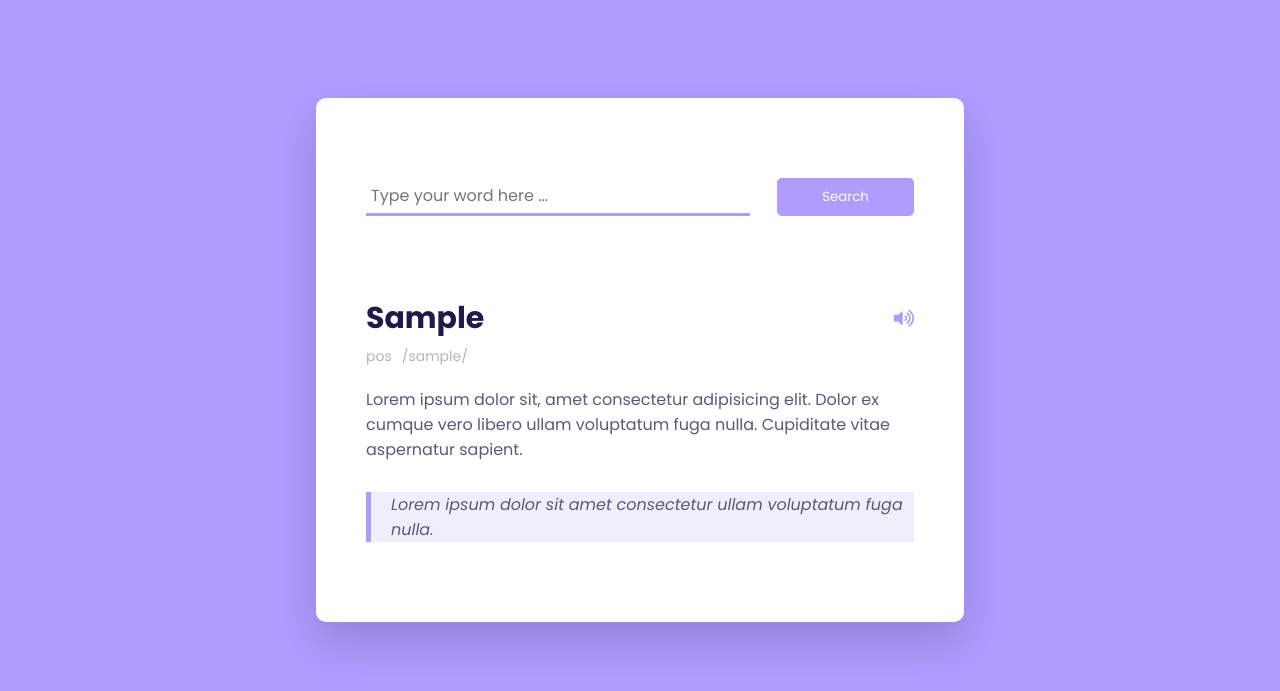
Repository: MohamedMostafaTaha/Translation_app
Page: index.html
The author's editor kept a copy of each file at every save. The page is drawn from the files as they stood at one save, then again after the next save.
The browser window is 1280 px wide. The pictures show the whole page.

Above is the page before, as saved 2023-09-16 18:46:15.

### index.html
<!DOCTYPE html>
<html lang="en">
  <head>
    <meta charset="UTF-8" />
    <meta name="viewport" content="width=device-width, initial-scale=1.0" />
    <title>Document</title>
    <link
      rel="stylesheet"
      href="https://cdnjs.cloudflare.com/ajax/libs/font-awesome/5.15.4/css/all.min.css"
    />
    <link rel="preconnect" href="https://fonts.googleapis.com" />
    <link rel="preconnect" href="https://fonts.gstatic.com" crossorigin />
    <link
      href="https://fonts.googleapis.com/css2?family=Poppins:ital,wght@0,100;0,200;0,300;0,400;0,500;0,600;0,700;0,800;0,900;1,100;1,200;1,300;1,400;1,500;1,600;1,700;1,800;1,900&display=swap"
      rel="stylesheet"
    />
    <link rel="stylesheet" href="style.css" />
  </head>
  <body>
    <audio id="sound"></audio>
    <div class="container">
      <div class="search-box">
        <input
          type="text"
          placeholder="Type your word here ..."
          id="inp-word"
        />
        <button id="search-btn">Search</button>
      </div>

      <div class="result" id="result">
        <div class="word">
          <h3>Sample</h3>
          <button>
            <i class="fas fa-volume-up"></i>
          </button>
        </div>

        <div class="details">
          <p>pos</p>
          <p>/sample/</p>
        </div>
        <p class="word-meaning">
          Lorem ipsum dolor sit, amet consectetur adipisicing elit. Dolor ex
          cumque vero libero ullam voluptatum fuga nulla. Cupiditate vitae
          aspernatur sapient.
        </p>
        <p class="word-example">
          Lorem ipsum dolor sit amet consectetur ullam voluptatum fuga nulla.
        </p>
      </div>
    </div>
    <script src="main.js"></script>
  </body>
</html>

### style.css
* {
  padding: 0;
  margin: 0;
  box-sizing: border-box;
}

*:not(i) {
  font-family: "Poppins", sans-serif;
}

body {
  background-color: #ae9cff;
}

.container {
  background-color: #ffffff;
  width: 90vmin;
  position: absolute;
  transform: translate(-50%, -50%);
  top: 50%;
  left: 50%;
  padding: 80px 50px;
  border-radius: 10px;
  box-shadow: 0 20px 40px rgba(38, 33, 61, 0.2);
}

.search-box {
  width: 100%;
  display: flex;
  justify-content: space-between;
}

.search-box input {
  padding: 5px;
  width: 70%;
  border: none;
  outline: none;
  border-bottom: 3px solid #ae9cff;
  font-size: 16px;
}

.search-box button {
  padding: 5px 0;
  width: 25%;
  background-color: #ae9cff;
  border: none;
  outline: none;
  color: white;
  border-radius: 5px;
  cursor: pointer;
}

.result {
  position: relative;
}

.result h3 {
  font-size: 30px;
  color: #1f194c;
}

.result .word {
  display: flex;
  justify-content: space-between;
  margin-top: 80px;
}

.result button {
  background-color: transparent;
  color: #ae9cff;
  border: none;
  outline: none;
  font-size: 18px;
}

.result .details {
  display: flex;
  gap: 10px;
  color: #b3b6b4;
  margin: 5px 0 20px 0;
  font-size: 14px;
}

.word-meaning {
  color: #575a7b;
}

.word-example {
  color: #575a7b;
  font-style: italic;
  border-left: 5px solid #ae9cff;
  padding-left: 20px;
  margin-top: 30px;
  background-color: #f1eefc;
}

### main.js
const url = "https://api.dictionaryapi.dev/api/v2/entries/en/";
const result = document.getElementById("result");
const sound = document.getElementById("sound");
const btn = document.getElementById("search-btn");

btn.addEventListener("click", () => {
  let inpWord = document.getElementById("inp-word").value;
  fetch(`${url}${inpWord}`)
    .then((response) => response.json())
    .then((data) => console.log(data));
});

After the next save:
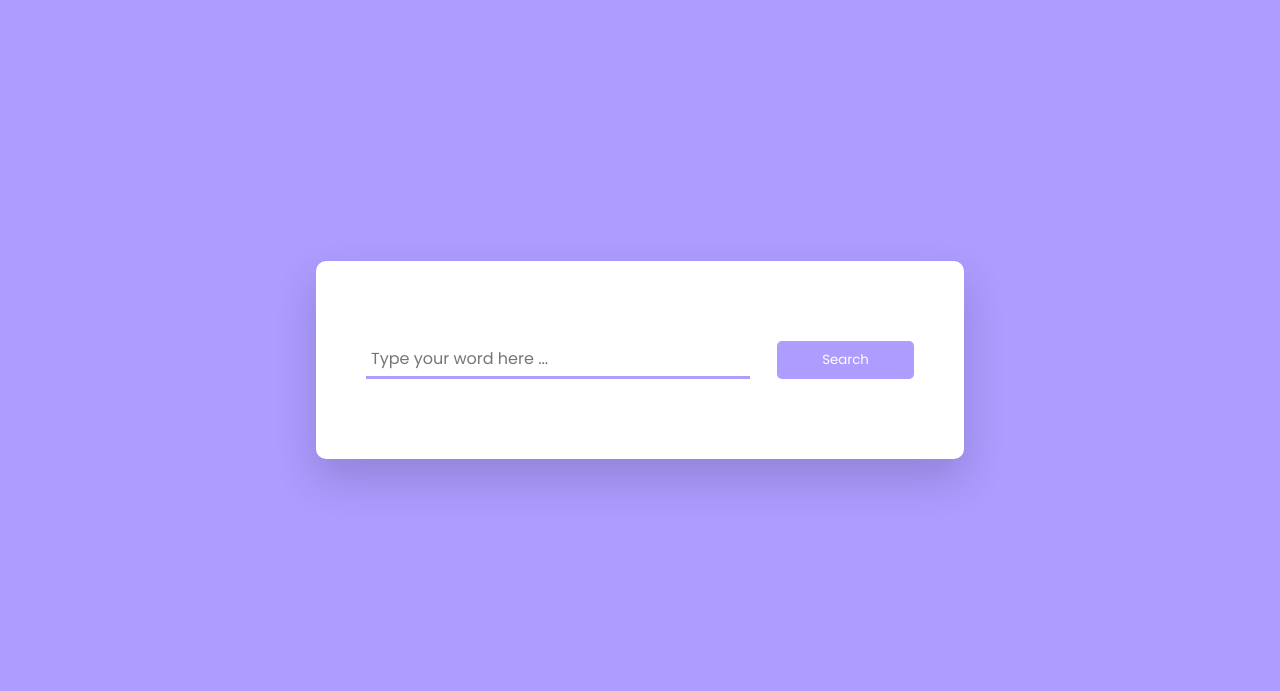
Saved 105 s later.
--- a/index.html
+++ b/index.html
@@ -28,27 +28,7 @@
         <button id="search-btn">Search</button>
       </div>
 
-      <div class="result" id="result">
-        <div class="word">
-          <h3>Sample</h3>
-          <button>
-            <i class="fas fa-volume-up"></i>
-          </button>
-        </div>
-
-        <div class="details">
-          <p>pos</p>
-          <p>/sample/</p>
-        </div>
-        <p class="word-meaning">
-          Lorem ipsum dolor sit, amet consectetur adipisicing elit. Dolor ex
-          cumque vero libero ullam voluptatum fuga nulla. Cupiditate vitae
-          aspernatur sapient.
-        </p>
-        <p class="word-example">
-          Lorem ipsum dolor sit amet consectetur ullam voluptatum fuga nulla.
-        </p>
-      </div>
+      <div class="result" id="result"></div>
     </div>
     <script src="main.js"></script>
   </body>
